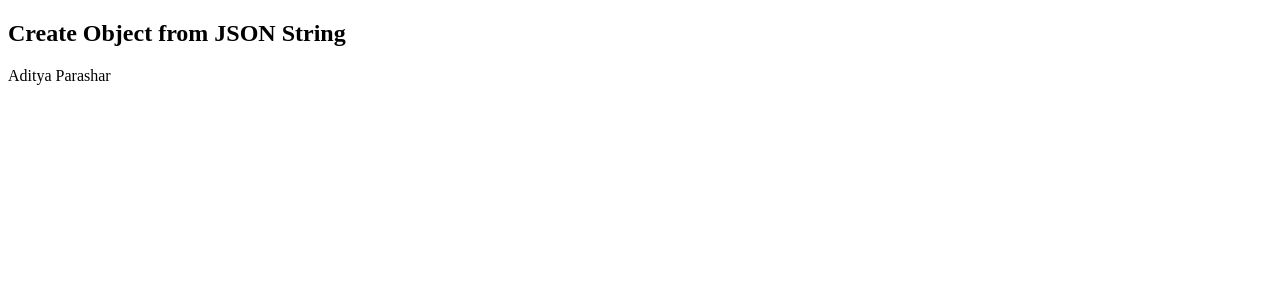
Repository: AdityaParashar93/Homework1_CMPE273
Page: CMPE273/Refresher_JS/WebContent/Json.html
These files come from the project's save history. The page is drawn as it stood at one moment and after the next save; the edit follows.
The browser window is 1280 px wide. The pictures show the whole page.

Above is the page before, as saved 2016-09-16 21:18:28.

After the next save:
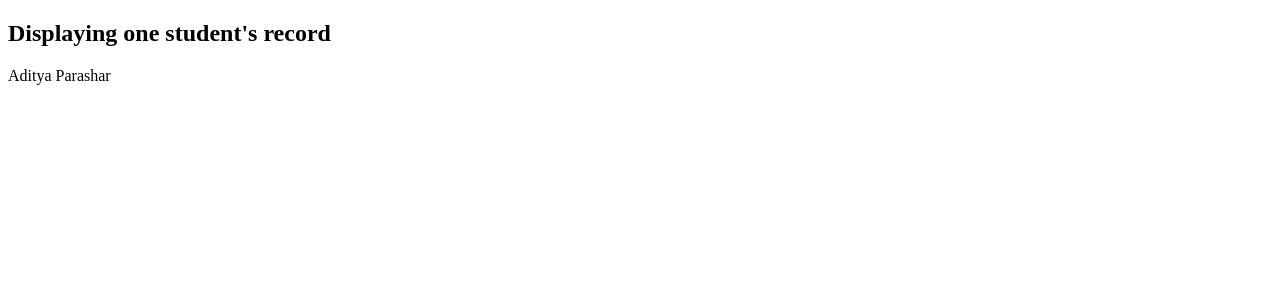
Saved 53 s later.
--- a/CMPE273/Refresher_JS/WebContent/Json.html
+++ b/CMPE273/Refresher_JS/WebContent/Json.html
@@ -2,7 +2,7 @@
 <html>
 <body>
 
-<h2>Create Object from JSON String</h2>
+<h2>Displaying one student's record</h2>
 
 <p id="demo1"></p>
 <p id="demo2"></p>
